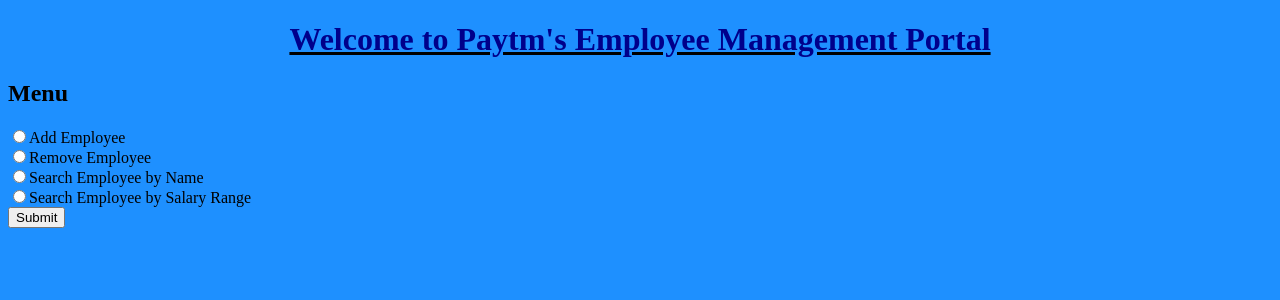
Repository: kimchiLover/BackupProjectsOnPC
Page: eclipse-oauth/ManageEmpApp/WebContent/index.html
These files come from the project's save history. The page is drawn as it stood at one moment and after the next save; the edit follows.
The browser window is 1280 px wide. The pictures show the whole page.

Above is the page before, as saved 2019-07-18 09:47:16.

### eclipse-oauth/ManageEmpApp/WebContent/index.html
<!DOCTYPE html>
<html>
<head>
<meta charset="UTF-8">
<title>Paytm Emp Portal</title>
</head>
<body style="background-color:DodgerBlue;">
<center>
<u><h1 style="color:DarkBlue;">Welcome to Paytm's Employee Management Portal</h1></u>
</center>
<h2>Menu</h2>
<form action="choice" method="post">

  <input type="radio" name="option" value="add">Add Employee<br>
  <input type="radio" name="option" value="remove">Remove Employee<br>
  <input type="radio" name="option" value="searchByName">Search Employee by Name<br>
  <input type="radio" name="option" value="searchBySalaryRange">Search Employee by Salary Range<br>
  <input type="submit" value="Submit">

</form>
</body>
</html>

After the next save:
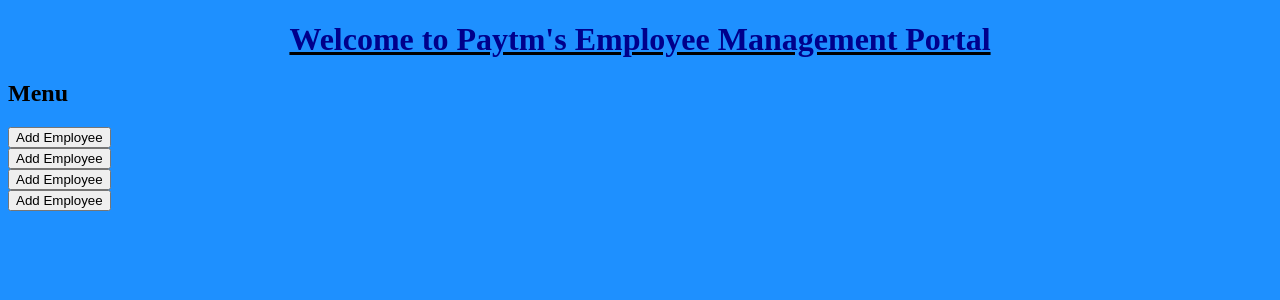
Saved 17 min 52 s later.
--- a/eclipse-oauth/ManageEmpApp/WebContent/index.html
+++ b/eclipse-oauth/ManageEmpApp/WebContent/index.html
@@ -5,18 +5,27 @@
 <title>Paytm Emp Portal</title>
 </head>
 <body style="background-color:DodgerBlue;">
+
 <center>
 <u><h1 style="color:DarkBlue;">Welcome to Paytm's Employee Management Portal</h1></u>
 </center>
 <h2>Menu</h2>
-<form action="choice" method="post">
 
-  <input type="radio" name="option" value="add">Add Employee<br>
-  <input type="radio" name="option" value="remove">Remove Employee<br>
-  <input type="radio" name="option" value="searchByName">Search Employee by Name<br>
-  <input type="radio" name="option" value="searchBySalaryRange">Search Employee by Salary Range<br>
-  <input type="submit" value="Submit">
+<form action="addEmployee.html">
+  <input type="submit" value="Add Employee">
+</form>
 
+<form action="removeEmployee.html">
+  <input type="submit" value="Add Employee">
 </form>
+
+<form action="searchEmployeeByName.html">
+  <input type="submit" value="Add Employee">
+</form>
+
+<form action="searchEmployeeBySalaryRange.html">
+  <input type="submit" value="Add Employee">
+</form>
+
 </body>
 </html>
